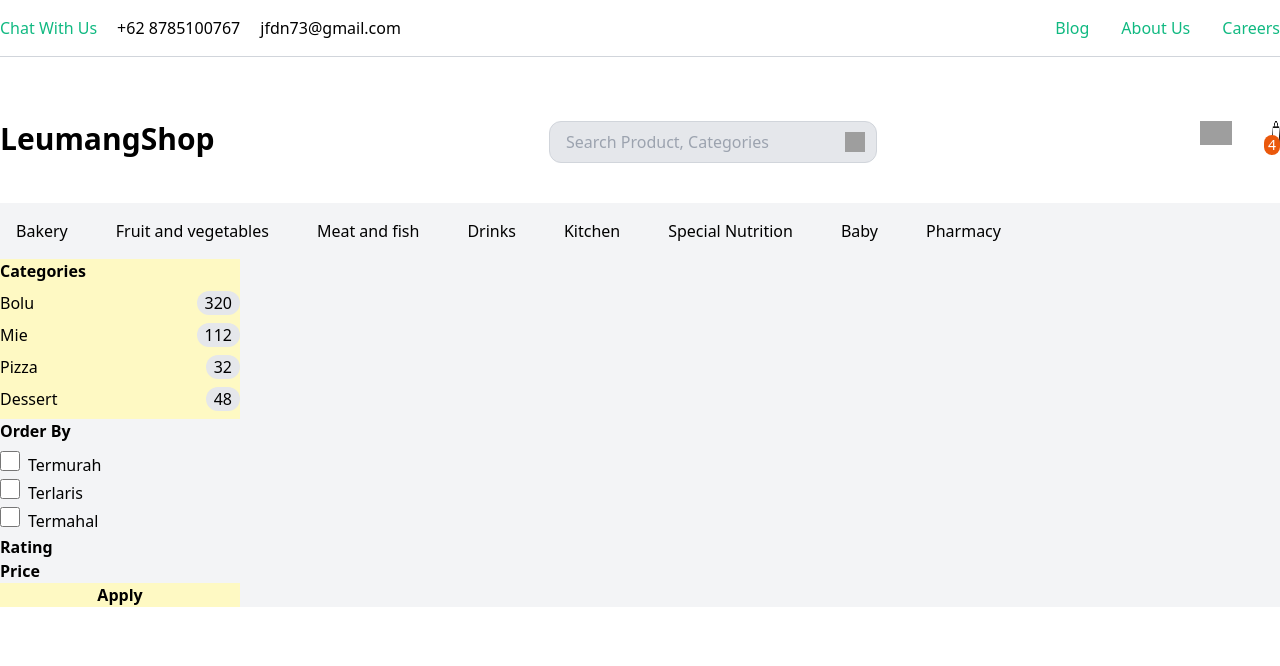
Repository: jafetdn73/ecommerce-tailwind
Page: /
The author's editor kept a copy of each file at every save. The page is drawn from the files as they stood at one save, then again after the next save.
The browser window is 1280 px wide. The pictures show the whole page.
Pictures or frames that could not be fetched are drawn as grey boxes. The project was rebuilt for these pictures with package versions that can differ from the ones it lists, and the page was loaded fresh each time. Also part of the build but not shown: src/App.css.

Above is the page before, as saved 2022-03-13 23:46:33.

After the next save:
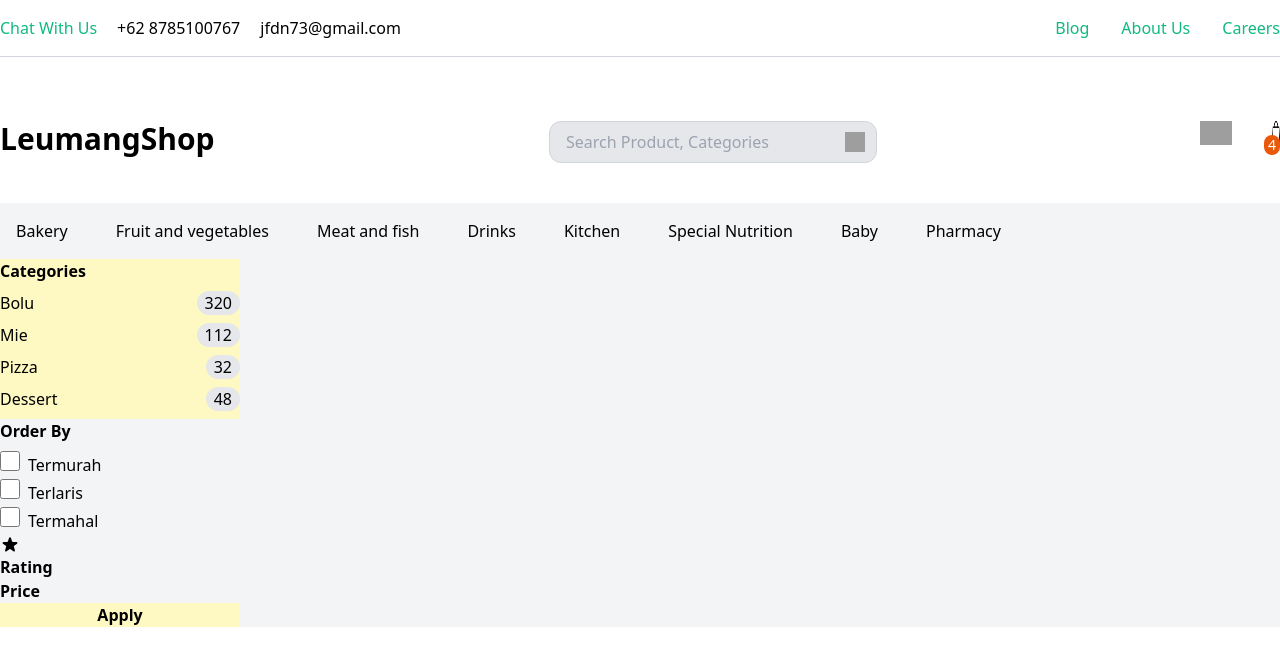
Saved 12 min 24 s later.
--- a/src/App.js
+++ b/src/App.js
@@ -92,7 +92,9 @@
           </div>
           </div>
           {/* Rating Container */}
-          <div className="bg-gray-100">
+          <div className="bg-gray-100"><svg xmlns="http://www.w3.org/2000/svg" class="h-5 w-5" viewBox="0 0 20 20" fill="currentColor">
+  <path d="M9.049 2.927c.3-.921 1.603-.921 1.902 0l1.07 3.292a1 1 0 00.95.69h3.462c.969 0 1.371 1.24.588 1.81l-2.8 2.034a1 1 0 00-.364 1.118l1.07 3.292c.3.921-.755 1.688-1.54 1.118l-2.8-2.034a1 1 0 00-1.175 0l-2.8 2.034c-.784.57-1.838-.197-1.539-1.118l1.07-3.292a1 1 0 00-.364-1.118L2.98 8.72c-.783-.57-.38-1.81.588-1.81h3.461a1 1 0 00.951-.69l1.07-3.292z" />
+</svg>
           <h1 className="font-bold">Rating</h1>
           </div>
           {/* Price Container */}

After the save that followed:
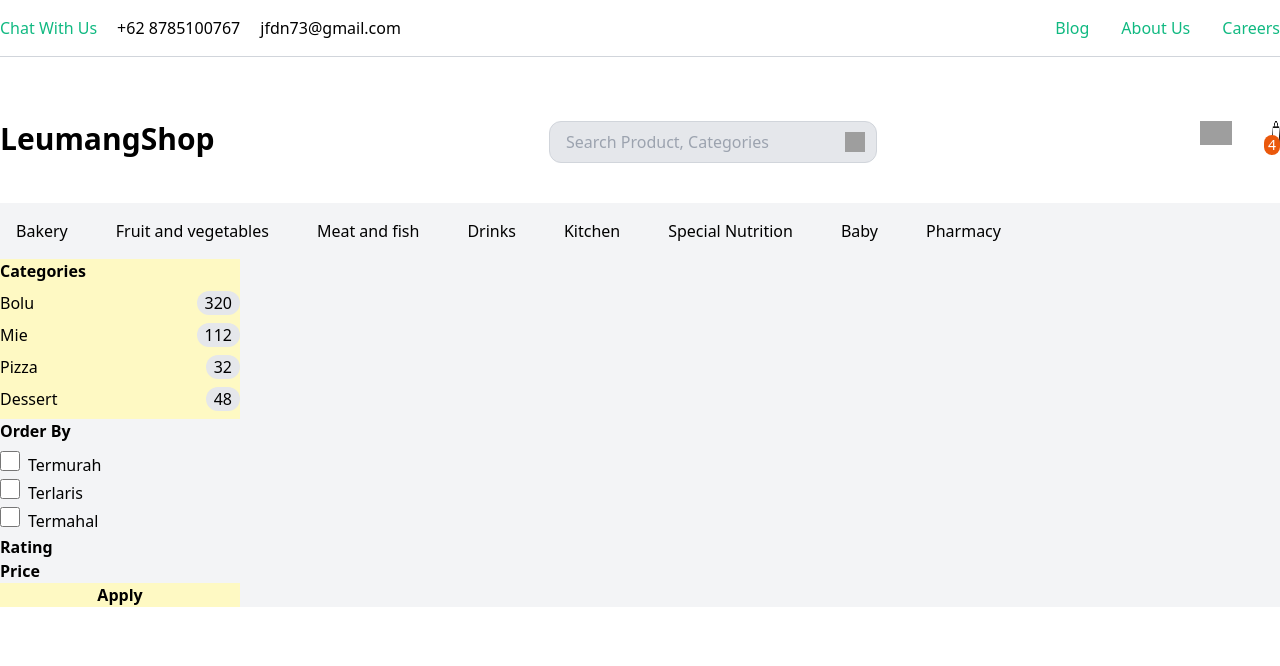
Saved 34 s later.
--- a/src/App.js
+++ b/src/App.js
@@ -92,9 +92,7 @@
           </div>
           </div>
           {/* Rating Container */}
-          <div className="bg-gray-100"><svg xmlns="http://www.w3.org/2000/svg" class="h-5 w-5" viewBox="0 0 20 20" fill="currentColor">
-  <path d="M9.049 2.927c.3-.921 1.603-.921 1.902 0l1.07 3.292a1 1 0 00.95.69h3.462c.969 0 1.371 1.24.588 1.81l-2.8 2.034a1 1 0 00-.364 1.118l1.07 3.292c.3.921-.755 1.688-1.54 1.118l-2.8-2.034a1 1 0 00-1.175 0l-2.8 2.034c-.784.57-1.838-.197-1.539-1.118l1.07-3.292a1 1 0 00-.364-1.118L2.98 8.72c-.783-.57-.38-1.81.588-1.81h3.461a1 1 0 00.951-.69l1.07-3.292z" />
-</svg>
+          <div className="bg-gray-100">
           <h1 className="font-bold">Rating</h1>
           </div>
           {/* Price Container */}
